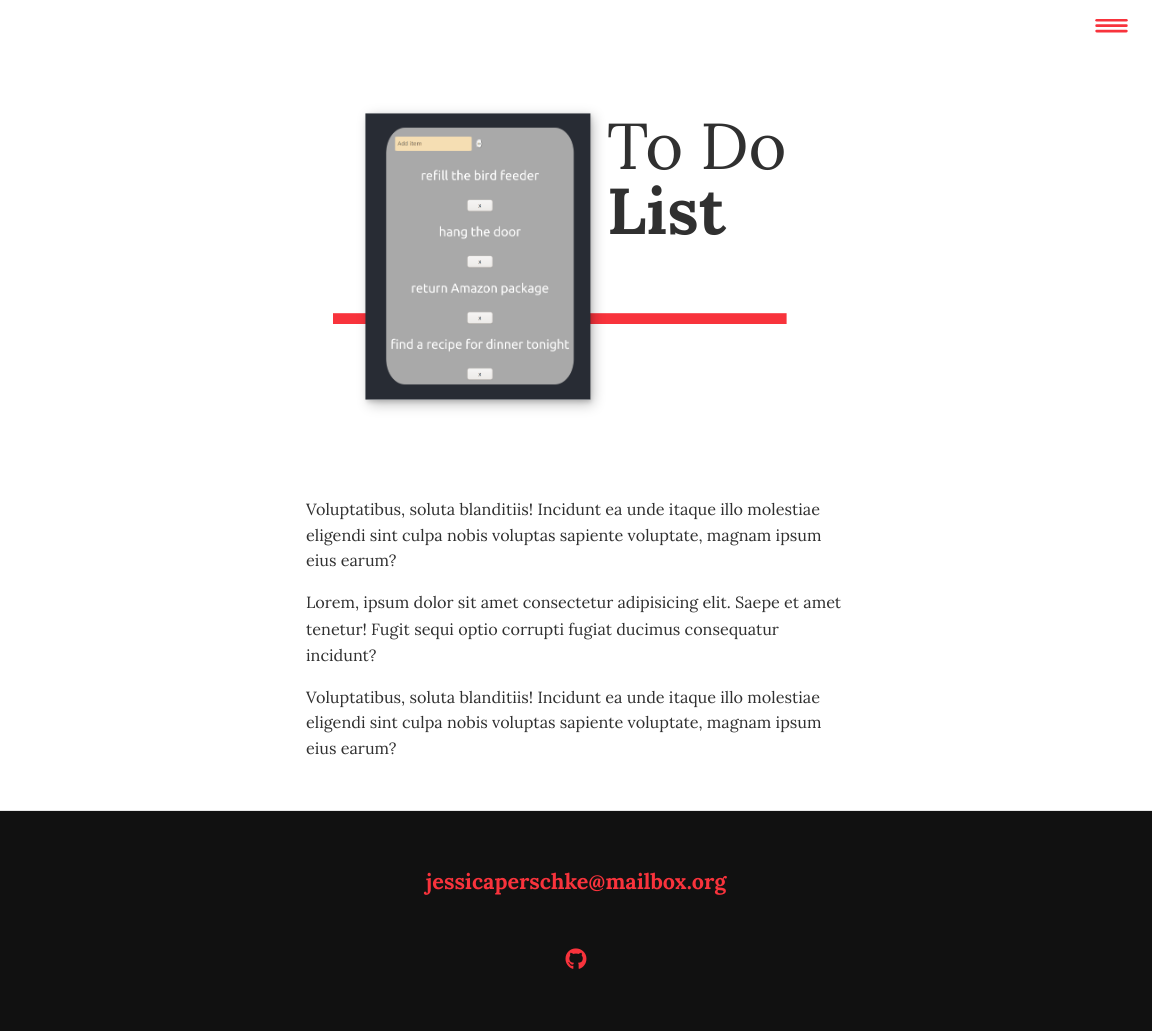
Repository: DinoDime/site
Page: portfolio-item2.html
An editor plug-in stored every save of this project. The page is shown before and after the next save, followed by the edit.
The browser window is 1280 px wide. The pictures show the whole page, at 90% of full size.
Some web libraries are served in a nearby version.

Above is the page before, as saved 2021-05-03 06:33:51.

### portfolio-item2.html
<!DOCTYPE html>
<html lang="en">
  <head>
    <link
      rel="stylesheet"
      href="https://cdnjs.cloudflare.com/ajax/libs/normalize/8.0.1/normalize.css"
    />
    <meta charset="UTF-8" />
    <meta name="viewport" content="width=device-width, initial-scale=1.0" />
    <title>Jess' Portfolio</title>
    <link
      rel="stylesheet"
      href="https://cdnjs.cloudflare.com/ajax/libs/normalize/7.0.0/normalize.min.css"
    />
    <link
      rel="stylesheet"
      href="https://cdnjs.cloudflare.com/ajax/libs/font-awesome/5.11.2/css/all.css"
      integrity="sha256-46qynGAkLSFpVbEBog43gvNhfrOj+BmwXdxFgVK/Kvc="
      crossorigin="anonymous"
    />

    <!-- Update these with your own fonts -->
    <link
      href="https://fonts.googleapis.com/css?family=Lora:400,700|Roboto+Slab:400,700&display=swap"
      rel="stylesheet"
    />

    <link rel="stylesheet" href="css/style.css" />
  </head>
  <body>
    <header>
      <!--Hamburger button-->
      <button class="nav-toggle" aria-label="toggle navigation">
        <span class="hamburger"></span>
      </button>
      <nav class="nav">
        <ul class="nav__list">
          <li class="nav__item">
            <a href="index.html" class="nav__link">Home</a>
          </li>
          <li class="nav__item">
            <a href="index.html#Skills" class="nav__link">Skills</a>
          </li>
          <li class="nav__item">
            <a href="index.html#about" class="nav__link">About me</a>
          </li>
          <li class="nav__item">
            <a href="index.html#work" class="nav__link">My Work</a>
          </li>
        </ul>
      </nav>
    </header>

    <section class="intro">
      <h1 class="section__title section__title--intro">
        To Do <strong>List</strong>
      </h1>
      <p class="section__subtitle section__subtitle--intro"></p>
      <img src="img/todo2.png" alt="" class="intro__img" />
    </section>

    <div class="portfolio-item-individual">
      <p>
        Voluptatibus, soluta blanditiis! Incidunt ea unde itaque illo molestiae
        eligendi sint culpa nobis voluptas sapiente voluptate, magnam ipsum eius
        earum?
      </p>
      <p>
        Lorem, ipsum dolor sit amet consectetur adipisicing elit. Saepe et amet
        tenetur! Fugit sequi optio corrupti fugiat ducimus consequatur incidunt?
      </p>
      <p>
        Voluptatibus, soluta blanditiis! Incidunt ea unde itaque illo molestiae
        eligendi sint culpa nobis voluptas sapiente voluptate, magnam ipsum eius
        earum?
      </p>
    </div>

    <!-- Footer -->
    <footer class="footer">
      <!-- replace with your own email address -->
      <a href="mailto:jessicaperschke@mailbox.org" class="footer__link"
        >jessicaperschke@mailbox.org</a
      >
      <ul class="social-list">
        <li class="social-list__item">
          <a class="social-list__link" href="https://github.com/jl-perschke">
            <i class="fab fa-github"></i>
          </a>
        </li>
      </ul>
    </footer>

    <script src="js/index.js"></script>
  </body>
</html>

### css/style.css
*,
*::before,
*::after {
    box-sizing: border-box;
}

/* Custom Properties, update these for your own design */

:root {
    --ff-primary: 'Lora', serif;
    --ff-secondary: 'Roboto Slab', serif;

    --fw-reg: 400;
    --fw-bold: 700;

    --clr-light: #fff;
    --clr-dark: #303030;
    --clr-accent: #f8333c;

    --fs-h1: 3rem;
    --fs-h2: 2.25rem;
    --fs-h3: 1.25rem;
    --fs-body: 1rem;

    --bs: 0.25em 0.25em 0.75em rgba(0,0,0,.25),
          0.125em 0.125em 0.25em rgba(0,0,0,.15);
}

@media (min-width: 800px) {
    :root {
        --fs-h1: 4.5rem;
        --fs-h2: 3.75rem;
        --fs-h3: 1.5rem;
        --fs-body: 1.125rem;
    }
}

/* General styles */

/* endable this to add smooth scrolling */
/* html {
    scroll-behavior: smooth;
} */


body {
    background: var(--clr-light);
    color: var(--clr-dark);
    margin: 0;
    font-family: var(--ff-primary);
    font-size: var(--fs-body);
    line-height: 1.6;
}

section {
    padding: 5em 2em;
}

img {
    display: block;
    max-width: 100%;
}

strong { font-weight: var(--fw-bold) }

:focus {
    outline: 3px solid var(--clr-accent);
    outline-offset: 3px;
}

/* Buttons */

.btn {
    display: inline-block;
    padding: .5em 2.5em;
    background: var(--clr-accent);
    color: var(--clr-dark);
    text-decoration: none;
    cursor: pointer;
    font-size: .8rem;
    text-transform: uppercase;
    letter-spacing: 2px;
    font-weight: var(--fw-bold);
    transition: transform 200ms ease-in-out;
}

.btn:hover {
    transform: scale(1.1);
}

/* Typography */

h1,
h2,
h3 {
    line-height: 1;
    margin: 0;
}

h1 { font-size: var(--fs-h1) }
h2 { font-size: var(--fs-h2) }
h3 { font-size: var(--fs-h3) }


.section__title {
    margin-bottom: .25em;
}

.section__title--intro {
    font-weight: var(--fw-reg);
}

.section__title--intro strong {
    display: block;
}

.section__subtitle {
    margin: 0;
    font-size: var(--fs-h3);
}

.section__subtitle--intro,
.section__subtitle--about {
    background: var(--clr-accent);
    padding: .25em 1em;
    font-family: var(--ff-secondary);
    margin-bottom: 1em;
}

.section__subtitle--work {
    color: var(--clr-accent);
    font-weight: var(--fw-bold);
    margin-bottom: 2em;
}

/* header */

header {
    display: flex;
    justify-content: space-between;
    padding: 1em;
}

.logo {
    max-width: 100px;
}

.nav {
    position: fixed;
    background: var(--clr-dark);
    color: var(--clr-light);
    top: 0;
    bottom: 0;
    left: 0;
    right: 0;
    z-index: 100;

    transform: translateX(100%);
    transition: transform 250ms cubic-bezier(.5, 0, .5, 1);
}

.nav__list {
    list-style: none;
    display: flex;
    height: 100%;
    flex-direction: column;
    justify-content: space-evenly;
    align-items: center;
    margin: 0;
    padding: 0;
}

.nav__link {
    color: inherit;
    font-weight: var(--fw-bold);
    font-size: var(--fs-h2);
    text-decoration: none;
}

.nav__link:hover {
    color: var(--clr-accent);
}

.nav-toggle {
    padding: .5em;
    background: transparent;
    border: 0;
    cursor: pointer;
    position: absolute;
    right: 1em;
    top: 1em;
    z-index: 1000;
}

.nav-open .nav {
    transform: translateX(0);
}

.nav-open .nav-toggle {
    position: fixed;
}

.nav-open .hamburger {
    transform: rotate(.625turn);
}

.nav-open .hamburger::before {
    transform: rotate(90deg) translateX(-6px);
}

.nav-open .hamburger::after {
    opacity: 0;
}






.hamburger {
    display: block;
    position: relative;
}

.hamburger,
.hamburger::before,
.hamburger::after {
    background: var(--clr-accent);
    width: 2em;
    height: 3px;
    border-radius: 1em;
    transition: transform 250ms ease-in-out;
}


.hamburger::before,
.hamburger::after {
    content: '';
    position: absolute;
    left: 0;
    right: 0;
}

.hamburger::before { top: 6px; }
.hamburger::after { bottom: 6px; }


/*  Intro section  */

.intro {
    position: relative;
}

.intro__img {
    box-shadow: var(--bs);
}

.section__subtitle--intro {
    display: inline-block;
}

@media (min-width: 600px) {
    .intro {
        display: grid;
        width: min-content;
        margin: 0 auto;
        grid-column-gap: 1em;
        grid-template-areas:
            "img title"
            "img subtitle";
        grid-template-columns: min-content max-content;
    }

    .intro__img {
        grid-area: img;
        min-width: 250px;
        position: relative;
        z-index: 2;
    }

    .section__subtitle--intro {
        align-self: start;
        grid-column: -1 / 1;
        grid-row: 2;
        text-align: right;
        position: relative;
        left: -1.5em;
        width: calc(100% + 1.5em);
    }
}



/*  My services section  */

.my-services {
    background-color: var(--clr-dark);
    background-image: url(../img/services-bg.jpg);
    background-size: cover;
    /* background-blend-mode: multiply; */
    color: var(--clr-light);
    text-align: center;
}

.section__title--services {
    color: var(--clr-accent);
    position: relative;
}

.section__title--services::after {
    content: '';
    display: block;
    width: 2em;
    height: 1px;
    margin: 0.5em auto 1em;
    background: var(--clr-light);
    opacity: 0.25;
}

.services {
    margin-bottom: 4em;
}

.service {
    max-width: 500px;
    margin: 0 auto;
}

@media (min-width: 800px) {
    .services {
        display: flex;
        max-width: 1000px;
        margin-left: auto;
        margin-right: auto;
    }

    .service + .service {
        margin-left: 2em;
    }
}


.about-me {
    max-width: 1000px;
    margin: 0 auto;
}

.about-me__img {
    box-shadow: var(--bs);
}

@media (min-width: 600px) {
    .about-me {
        display: grid;
        grid-template-columns: 1fr 200px;
        grid-template-areas:
            "title img"
            "subtitle img"
            "text img";
        grid-column-gap: 2em;
    }

    .section__title--about {
        grid-area: title;
    }

    .section__subtitle--about {
        grid-column: 1 / -1;
        grid-row: 2;
        position: relative;
        left: -1em;
        width: calc(100% + 2em);
        padding-left: 1em;
        padding-right: calc(200px + 4em);
    }

    .about-me__img {
        grid-area: img;
        position: relative;
        z-index: 2;
    }
}

/* My Work */

.my-work {
    background-color: var(--clr-dark);
    color: var(--clr-light);
    text-align: center;
}

.portfolio {
    display: grid;
    grid-template-columns: repeat(auto-fit, minmax(300px, 1fr));
}

.portfolio__item {
    background: var(--clr-accent);
    overflow: hidden;
}

.portfolio__img {
    transition:
        transform 750ms cubic-bezier(.5, 0, .5, 1),
        opacity 250ms linear;
}

.portfolio__item:focus {
    position: relative;
    z-index: 2;
}

.portfolio__img:hover,
.portfolio__item:focus .portfolio__img {
    transform: scale(1.2);
    opacity: .5;
}


/* footer */

.footer {
    background: #111;
    color: var(--clr-accent);
    text-align: center;
    padding: 2.5em 0;
    font-size: var(--fs-h3);

}

.footer a {
    color: inherit;
    text-decoration: none;
}

.footer__link {
    font-weight: var(--fw-bold);
}

.footer__link:hover,
.social-list__link:hover {
    opacity: .7;
}

.footer__link:hover {
    text-decoration: underline;
}

.social-list {
    list-style: none;
    display: flex;
    justify-content: center;
    margin: 2em 0 0;
    padding: 0;
}

.social-list__item {
    margin: 0 .5em;
}

.social-list__link {
    padding: .5em;
}


/* Individual portfolio item styles */

.portfolio-item-individual {
    padding: 0 2em 2em;
    max-width: 1000px;
    margin: 0 auto;
}

.portfolio-item-individual p {
    max-width: 600px;
    margin-left: auto;
    margin-right: auto;
}

Loaded but not shown: js/index.js (common file)

After the next save:
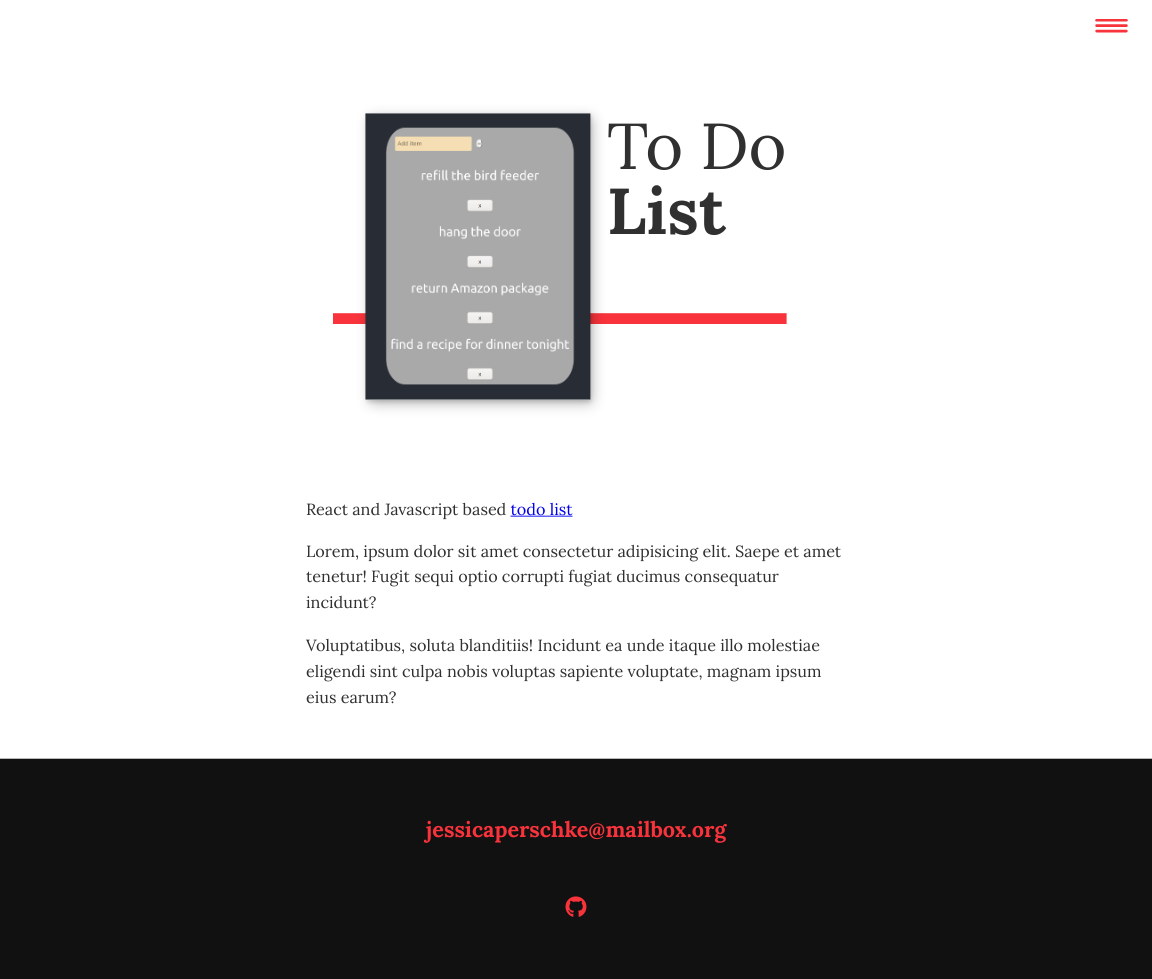
Saved 4 min 33 s later.
--- a/portfolio-item2.html
+++ b/portfolio-item2.html
@@ -61,9 +61,8 @@
 
     <div class="portfolio-item-individual">
       <p>
-        Voluptatibus, soluta blanditiis! Incidunt ea unde itaque illo molestiae
-        eligendi sint culpa nobis voluptas sapiente voluptate, magnam ipsum eius
-        earum?
+        React and Javascript based
+        <a href="https://github.com/jl-perschke/ReactToDoList">todo list</a>
       </p>
       <p>
         Lorem, ipsum dolor sit amet consectetur adipisicing elit. Saepe et amet
